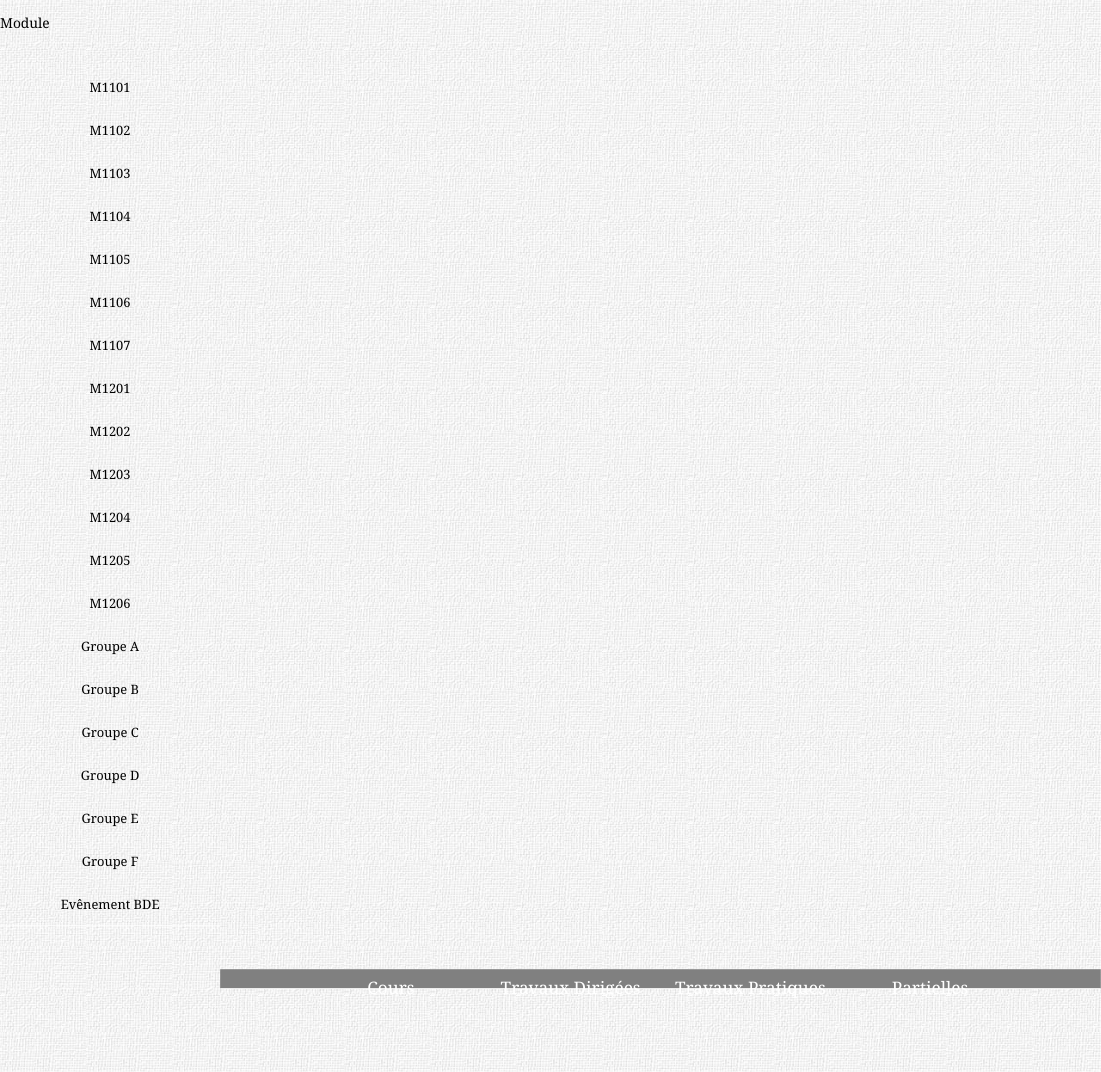
Repository: ValentinArg/PETUT
Page: http://localhost/PETUT/WEB-INF/jsp/eleve/semestre1.jsp
An editor plug-in stored every save of this project. The page is shown before and after the next save, followed by the edit.
The browser window is 1280 px wide. The pictures show the whole page, at 86% of full size.
Some web libraries are served in a nearby version. The page is served by Tomcat 9. Nobody is signed in. The template is opened directly, without the code that normally fills it, so the values that code supplies are empty.

Above is the page before, as saved 2016-10-01 16:19:21.

After the next save:
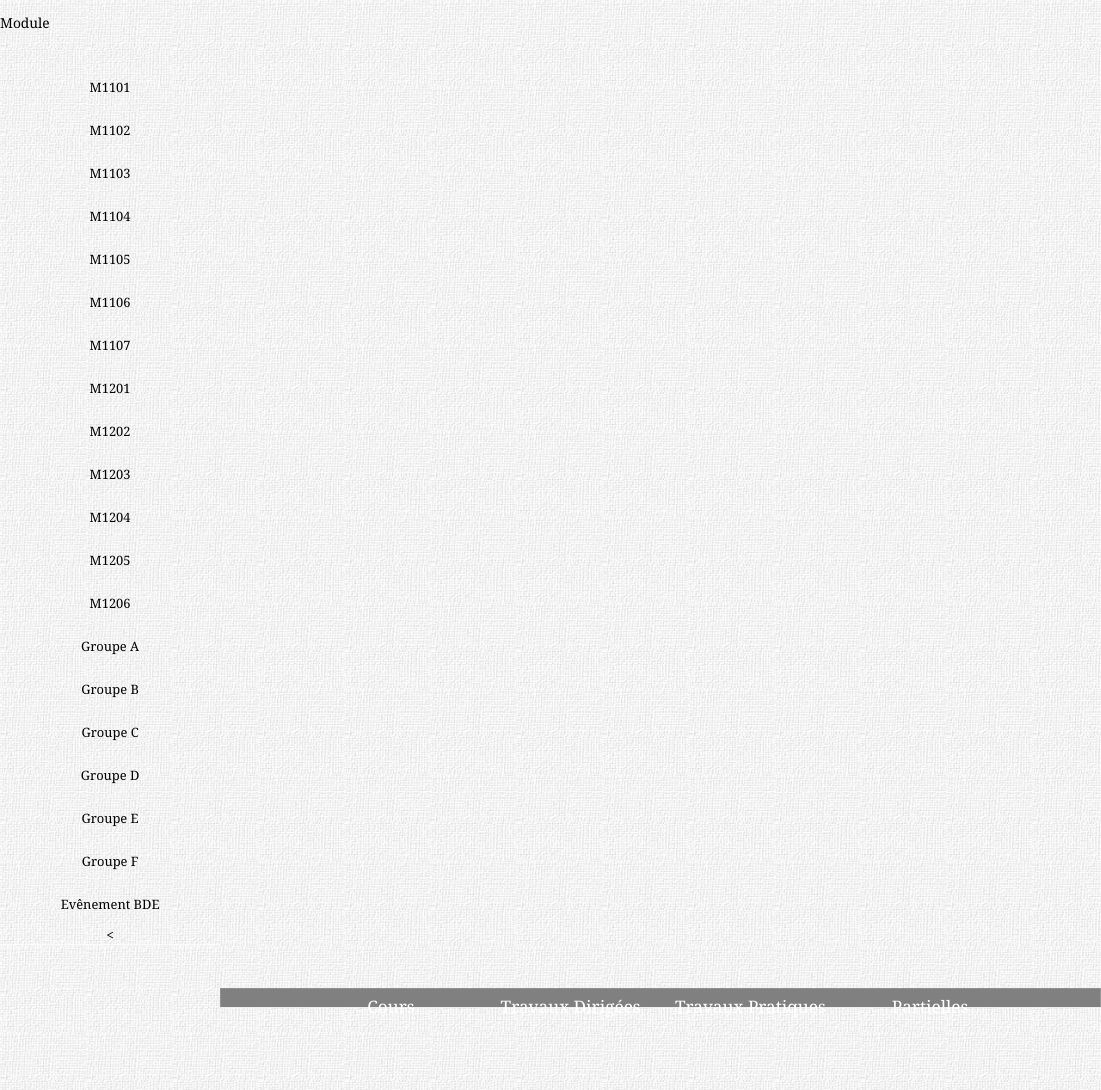
Saved 35 min 8 s later.
--- a/PETUT/WebContent/WEB-INF/jsp/eleve/semestre1.jsp
+++ b/PETUT/WebContent/WEB-INF/jsp/eleve/semestre1.jsp
@@ -33,8 +33,10 @@
 			<li class="parent" id="parent1"><p class="module">Groupe E</p></li>
 			<li class="parent" id="parent2"><p class="module">Groupe F</p></li>
 			<li class="parent" id="parent1"><p class="module">Evênement BDE</p></li>
-
 		</ul>
+		<div>
+			<
+		</div>
 	</div>
 	<div class="conteneurGeneral">
 		<ul class="selection" id="selection">
